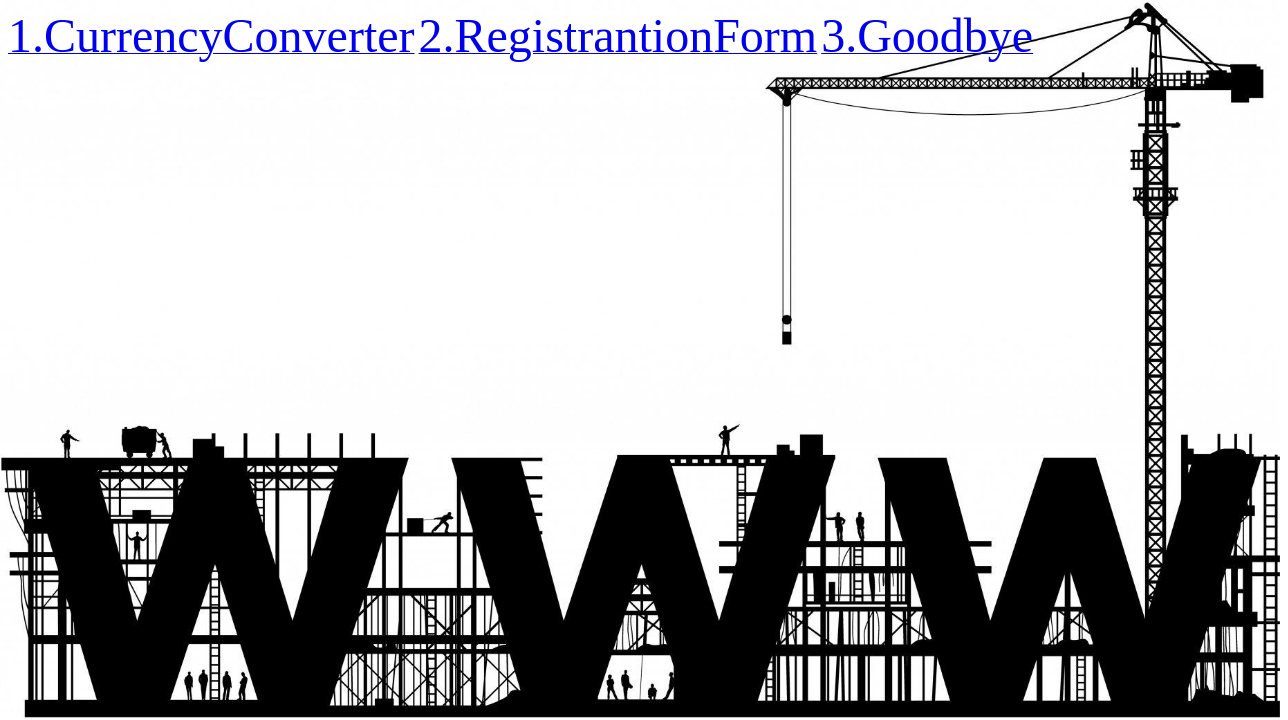
Repository: AJEET006/AdvanceJava-DSA
Page: ADVANCE_JAVA/HW_Example/WebContent/Firstpage.html
An editor plug-in stored every save of this project. The page is shown before and after the next save, followed by the edit.
The browser window is 1280 px wide. The page is 1288 px wide, so the pictures cover 1288 px, including what lies to the right of the window. The pictures show the whole page.

Above is the page before, as saved 2022-06-22 02:28:16.

After the next save:
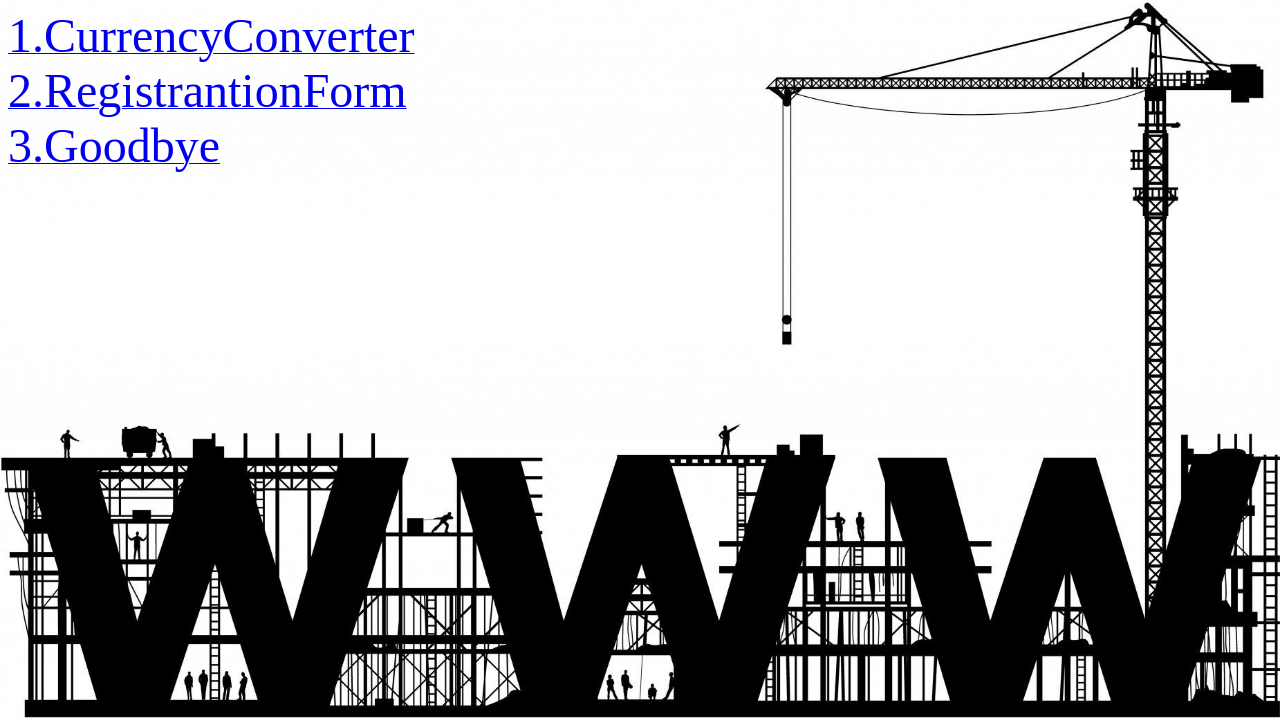
Saved 109 s later.
--- a/ADVANCE_JAVA/HW_Example/WebContent/Firstpage.html
+++ b/ADVANCE_JAVA/HW_Example/WebContent/Firstpage.html
@@ -10,7 +10,9 @@
 </head>
 <body>
 	<a href="CurrencyConverter.html"><font size="10" style="border-width: groove;">1.CurrencyConverter</font></a>
+	<br />
 	<a href="RegistrationForm.html"><font size="10" style="border-width: medium;">2.RegistrantionForm</font></a>
+	<br />
 	<a href="GoodBye.html"><font size="10" style="border-width: medium;">3.Goodbye</font></a>
 </body>
 </html>
